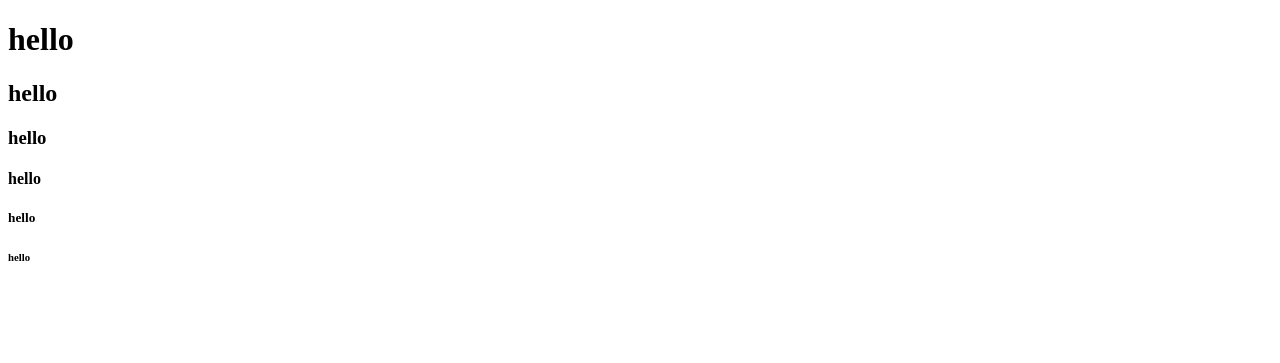
Repository: kajol-thakur5/backend_proj
Page: myfirstwebapp/WebContent/index.html
These files come from the project's save history. The page is drawn as it stood at one moment and after the next save; the edit follows.
The browser window is 1280 px wide. The pictures show the whole page.

Above is the page before, as saved 2023-01-31 10:25:41.

After the next save:
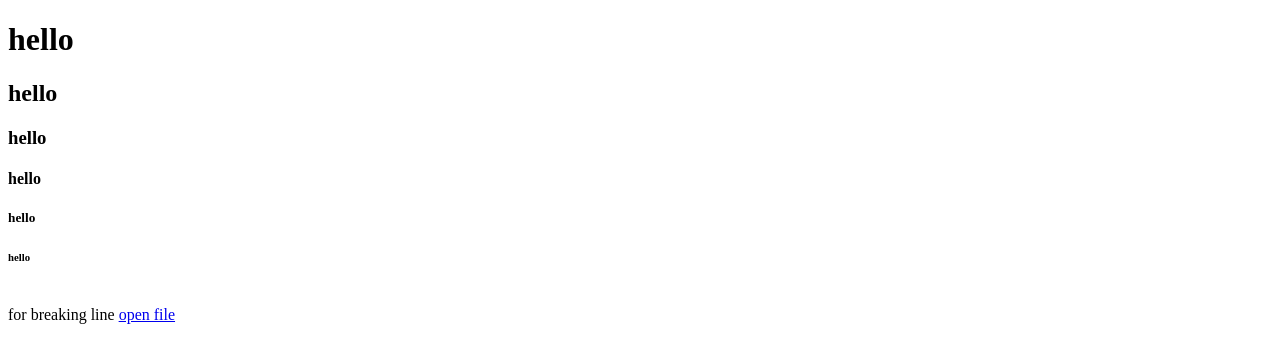
Saved 9 min 45 s later.
--- a/myfirstwebapp/WebContent/index.html
+++ b/myfirstwebapp/WebContent/index.html
@@ -11,5 +11,8 @@
 <h4>hello</h4>
 <h5>hello</h5>
 <h6>hello</h6>
+<br>
+for breaking line
+<a href="https://lms.simplilearn.com/courses/3851/Become-a-back-end-expert/syllabus">open file</a>
 </body>
 </html>
